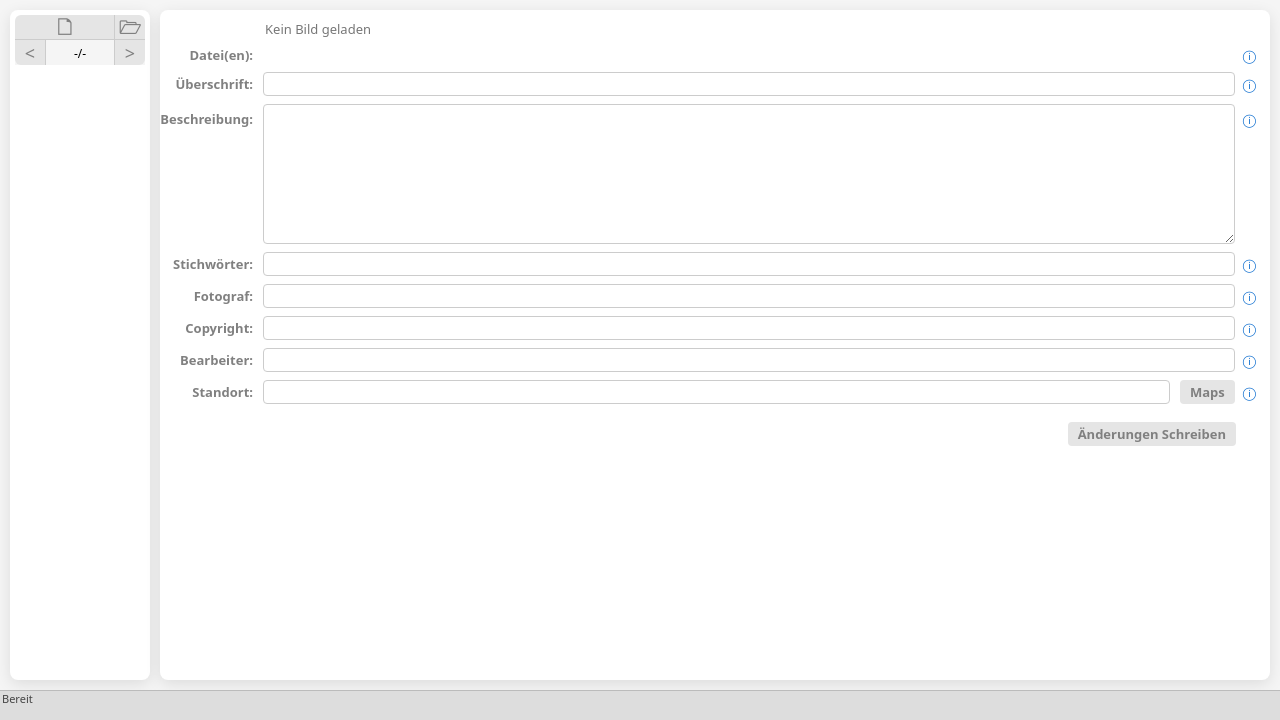
Repository: h-fahle/metadata
Page: ui/index.html
An editor plug-in stored every save of this project. The page is shown before and after the next save, followed by the edit.
The browser window is 1280 px wide. The pictures show the whole page.

Above is the page before, as saved 2026-08-25 10:08:13.
Console error: TypeError: Cannot read properties of undefined (reading 'core')

### ui/index.html
<!DOCTYPE html>
<html lang="de">

<head>
	<meta charset="UTF-8">
	<title>Tauri ExifTool Test</title>
	<script src="script.js" defer></script>
	<link rel="stylesheet" href="style.css">
</head>

<body>

	<main id="main-container">

		<!-- Das Vorschaubild links -->
		<aside id="sidebar">

			<div class="split-button-container">
				<div class="main-row">
					<button class="open-files" onclick="waehleUndLadeBilder(false, true)">&#x1F5CB;</button>
					<button class="open-folder" onclick="waehleUndLadeBilder(true, false)">&#x1F5C1;</button>
				</div>
				<div class="pager-row">
					<button class="pager-btn prev-btn" onclick="blaettern(-1)">&lt;</button>
					<div id="img-nummer" class="pager-display">-/-</div>
					<button class="pager-btn next-btn" onclick="blaettern(1)">&gt;</button>
				</div>
			</div>

			<img id="vorschau-bild" src="" style="display:none;" />
			<div id="bild-info" style="text-align:center;">
				<span id="img-datum"></span><br>
				<span id="img-groesse"></span>
			</div>
		</aside>

		<!-- Das Formular rechts -->
		<section id="form-container">

			<div id="ordner-pfad">Kein Bild geladen</div>

			<div class="form-row">
				<label for="filename">Datei(en):</label>
				<div id="dynamischerBereich" style="width: 100%;">
					<!-- Input- / oder Select-Element -->
				</div>
				<div class="tooltip-container">
					<span class="info-icon">ⓘ</span>
					<div class="tooltip-box">Im Einzelmodus: Änderung des Dateinamens bewirkt Umbenennung der Datei.
						Im Stapelmodus: Dateinamen sind nicht änderbar.!
					</div>
				</div>
			</div>

			<div class="form-row">
				<label for="caption">Überschrift:</label>
				<input type="text" id="caption" name="caption" />
				<div class="tooltip-container">
					<span class="info-icon">ⓘ</span>
					<div class="tooltip-box">Auch: (Dokument-)Titel, Schlagzeile, Headline
					</div>
				</div>
			</div>

			<div class="form-row form-row-top">
				<label for="description">Beschreibung:</label>
				<textarea id="description" name="description"></textarea>
				<div class="tooltip-container">
					<span class="info-icon">ⓘ</span>
					<div class="tooltip-box">Beschreibender Text in beliebiger Länge.
						(Im Stapelmodus wird der eingegebene Text
						&nbsp;&nbsp; an vorhandenen angehängt.)
						Hinweis: Einige Programme zeigen nur 2.000 Zeichen
						&nbsp;&nbsp; oder auch weniger an.
					</div>
				</div>
			</div>

			<div class="form-row">
				<label for="keywords">Stichwörter:</label>
				<input type="text" id="keywords" name="keywords" />
				<div class="tooltip-container">
					<span class="info-icon">ⓘ</span>
					<div class="tooltip-box">Komma-separierte Liste. Groß-/Kleinschreibung beachten.
						Im Stapelmodus werden die eingegebenen Stichwörter
						&nbsp;&nbsp; an vorhandene angehängt.
					</div>
				</div>
			</div>

			<div class="form-row">
				<label for="creator">Fotograf:</label>
				<input type="text" id="creator" name="creator" />
				<div class="tooltip-container">
					<span class="info-icon">ⓘ</span>
					<div class="tooltip-box">Urheber, Ersteller, Autor
						(Tags: Artitst, Creator, By-line)
					</div>
				</div>
			</div>

			<div class="form-row">
				<label for="copyright">Copyright:</label>
				<input type="text" id="copyright" name="copyright" />
				<div class="tooltip-container">
					<span class="info-icon">ⓘ</span>
					<div class="tooltip-box">Urheberrechtshinweis; enthält in der Regel:
						Name des Fotografen, Aufnahmejahr und Nutzungsrechte;
						(z.B. 'Copyright [1975] [Mustermann], Alle Rechte vorbehalten')
					</div>
				</div>
			</div>

			<div class="form-row">
				<label for="editor">Bearbeiter:</label>
				<input type="text" id="editor" name="editor" />
				<div class="tooltip-container">
					<span class="info-icon">ⓘ</span>
					<div class="tooltip-box">Verfasser der Metadaten
						(Tags: Caption Writer, Writer Editor)
					</div>
				</div>
			</div>

			<div class="form-row">
				<label for="position">Standort:</label>
				<input type="text" id="position" name="position" />
				<button type="button" onclick="zeigeMaps(event)">Maps</button>
				<div class="tooltip-container">
					<span class="info-icon">ⓘ</span>
					<div class="tooltip-box">GPS-Koordinaten in Dezimalgrad (z.B.: 51.49129, 8.43317).
						Ermitteln der Koordinaten in der Google Maps-Karte:
						&nbsp; 1. mit rechter Maustaste auf den Standort klicken,
						&nbsp; 2. auf die angezeigten Koordinaten klicken,
						&nbsp; 3. der so gespeicherte Wert kann mit Strg+V
						&nbsp;&nbsp;&nbsp;&nbsp;&nbsp;&nbsp; hier eingefügt werden.
					</div>
				</div>
			</div>

			<!-- Button-Leiste -->
			<div class="button-group">
				<button type="button" onclick="exifSchreiben(event)">Änderungen
					Schreiben</button>
			</div>

		</section> <!-- Ende der form-containers-->
	</main> <!-- Ende des main-containers -->

	<footer id="statusleiste">
		<div id="status-text">
			Bereit
		</div>
	</footer>


</body>

</html>

### ui/style.css
:root {
	--app-font: system-ui, -apple-system, "Segoe UI", Roboto, Helvetica, Arial, sans-serif;
	--app-font-size: 13px;
}

/* 1. Das App-Fenster exakt auf 100% fixieren (kein äußeres Scrollen) */
html, body {
	margin: 0;
	padding: 0;
	height: 100vh;
	width: 100vw;
	overflow: hidden; /* Verhindert jegliche äußere Scrollbalken */
	background: #f5f5f5;
	display: flex;
	flex-direction: column; /* Hauptinhalt oben, Statusleiste unten */
	font-family: var(--app-font);
	font-size: var(--app-font-size);
}

input,
textarea,
button,
select {
	font-family: var(--app-font) !important;
	font-size: var(--app-font-size) !important;
}

/* Allumfassender Box-Sizing-Fix für die gesamte App */
*, *::before, *::after {
	box-sizing: border-box;
}

/* 2. Der Hauptbereich füllt den gesamten oberen Platz aus --------------------------- */
#main-container {
	flex: 1;
	display: flex;
	flex-direction: row; /* Elemente nebeneinander */
	gap: 10px;
	padding: 10px;
	overflow: hidden; /* Verhindert, dass Riesen-Inhalte das Fenster sprengen */
}

/* 3. LINKS: Die Sidebar mit fester Breite */
#sidebar {
	width: 140px;
	min-width: 140px; /* Lässt die Sidebar niemals schrumpfen */
	background-color: #ffffff;
	border-radius: 8px;
	padding: 5px;
	box-shadow: 0 4px 15px rgba(0, 0, 0, 0.1);
}

#vorschau-bild {
	max-width: 130px;
	margin: 15px auto;
	height: auto;
}

/* 4. RECHTS: Das Formular nimmt den gesamten Rest ein und wächst mit */
#form-container {
	flex: 1; /* Nimmt 100% des restlichen Platzes ein */
	min-width: 0; /* Erlaubt Flexbox, die Box bei Bedarf zu verkleinern */
	background-color: #ffffff;
	border-radius: 8px;
	padding: 10px;
	display: flex;
	flex-direction: column;
	gap: 8px;
	box-shadow: 0 4px 15px rgba(0, 0, 0, 0.1);
}

#ordner-pfad {
	margin-left: 95px !important;
	color: #777777;
}

/* Jede Zeile wird zu einer horizontalen Flexbox */
.form-row {
	display: flex !important;
	flex-direction: row;
	align-items: center; /* Richtet Label und Input vertikal mittig zueinander aus */
	gap: 10px;           /* Abstand zwischen Label und Input */
	width: 100%;
}

/* Die Labels bekommen eine feste Breite, damit alle Inputs sauber untereinander starten */
.form-row label {
	width: 95px;         /* Breite je nach längstem Label-Text anpassen */
	min-width: 95px;     /* Verhindert, dass das Label zusammengedrückt wird */
	text-align: right;   /* Optional: Richtet den Text rechtsbündig zum Input aus */
	color: gray;
	font-weight: bold;
	margin-left: -12px;
}

/* Die Eingabefelder füllen jetzt den gesamten restlichen Platz der Zeile aus */
.form-row input,
.form-row textarea,
.form-row select {
	flex: 1;             /* Zwingt das Input-Feld, den Rest der Zeile einzunehmen */
	width: 100%;
	min-width: 0;        /* Erlaubt dem Input, bei sehr kleinen Fenstern stabil zu schrumpfen */
	border: 1px solid #ccc;
	border-radius: 4px;
	padding: 2px;
	-webkit-font-smoothing: antialiased;
	outline: none;
}
.form-row select {
	height: 23px;
	padding: 0;
}
.form-row textarea {
	min-height: 140px;
}
.form-row input:focus-visible,
.form-row textarea:focus-visible {
	outline: 2px solid gray;
}

/* Ändert die Ausrichtung für die Textarea-Zeile nach oben */
.form-row-top {
	align-items: flex-start !important; /* Richtet Label, Textarea und Icon oben aus */
}
.form-row-top label,
.form-row-top .tooltip-container {
	padding-top: 6px; /* Verhindert, dass das Label zu weit oben klebt */
}


/* 5. UNTEN: Die Statusleiste mit fixer Höhe und eigenem Scrollbalken */
#statusleiste {
	height: 30px;  /* Feste Höhe für ca. 2 Zeilen Text */
	min-height: 30px;
	border-top: 1px solid #bbb;
	background-color: #ddd;
	font-size: 11px;
	color: #444;
	padding: 0 2px;
	overflow-y: auto;  /* Vertikaler Scrollbalken erscheint NUR bei Bedarf */
	overflow-x: hidden;  /* Verhindert horizontales Scrollen in der Statusleiste */
	-webkit-font-smoothing: antialiased;
}


/* Bedien-Elemente -------------------------------------------- */
button {
	padding: 3px 10px;
	font-weight: bold;
	cursor: pointer;
	border: none;
	background-color:#e5e5e5;
	color: gray;
}
button:hover {
	background-color: gray;
	color: white;
}
.button-group button,
.form-row button {
	border-radius: 4px;
}

	/* ------------------------------------------------------------------------------ */
	/* Container hält die Steuer-Buttons zusammen */
	.split-button-container {
	  display: inline-flex;
	  flex-direction: column;
	  position: relative;
	  font-family: system-ui, -apple-system, sans-serif;
	  width:130px;
	}

	/* Obere Reihe */
	.main-row {
	  height: 25px;
	  display: flex;
	  border-bottom: 1px solid #ccc; /* Trennlinie zur zweiten Reihe */
	}

	/* Untere Reihe */
	.pager-row {
	  height: 25px;
	  display: flex;
	  align-items: center;
	  background-color: #f5f5f5;
	}

	/* Gemeinsames Design für die Button-Teile */
	.open-files,
	.open-folder,
	.prev-btn,
	.next-btn {
	  font-size: 18px  !important;
	  padding: 0;
	  cursor: pointer;
	  transition: background-color 0.2s;
	}
	.prev-btn,
	.next-btn {
		font-weight: normal;
	}

	/* Hauptbutton oben links */
	.open-files {
	  width: 100%;
	  border-top-left-radius: 6px;
	  border-right: 1px solid #ccc
	}

	/* Pfeilbutton oben rechts */
	.open-folder {
	  width: 30%;
	  border-top-right-radius: 6px;
	}

	/* Blätter-Buttons unten links und rechts */
	.pager-btn {
	  width: 30px;
	  height: 100%;
	  display: flex;
	  align-items: center;
	  justify-content: center;
	  transition: background-color 0.2s;
	}
	.prev-btn {
		border-bottom-left-radius: 6px;
	}
	.next-btn {
		border-bottom-right-radius: 6px;
	}

	.pager-display {
	  height: 100%;
	  flex-grow: 1; /* Nimmt den gesamten Platz in der Mitte ein */
	  text-align: center;
	  font-size: 12px;
	  padding: 5px 0;
	  border-left: 1px solid #ccc;
	  border-right: 1px solid #ccc;
	  user-select: none; /* Verhindert versehentliches Markieren beim Klicken */
	}



/* Der Absendeknopf richtet sich nach den Eingabefeldern aus */
.button-group {
	display: flex;
	justify-content: flex-end;
	margin: 10px 24px 0 0;
}

.button-group button {
	margin-left: 5px;
}


/* Tooltip ---------------------------------------------------------- */

/* Container für das Icon und die Box */
.tooltip-container {
	position: relative; /* Wichtig, damit sich die Box am Icon ausrichtet */
	display: inline-flex;
	align-items: center;
	cursor: help;       /* Zeigt das Fragezeichen/Hilfe-Symbol als Mauszeiger */
	margin-left: -6px;
}

/* Das Info-Icon selbst */
.info-icon {
	color: #0066cc;     /* Schönes Info-Blau */
	padding: 0 4px;
	font-size: 13px;
}

.tooltip-box {
	display: none;
	position: fixed;

	width: max-content;
	max-width: 400px;      /* Verhindert, dass der Tooltip bei sehr viel Text das Fenster sprengt */
	white-space: pre-line;

	background-color: lightyellow;
	color: black;
	border: 1px solid gray;
	padding: 2px 4px;
	border-radius: 6px;
	font-size: 11px;
	line-height: 1.4;
	box-shadow: 0 4px 10px rgba(0, 0, 0, 0.2);
	z-index: 1001;   /* Über der Statusleiste (1000), falls sie sich überschneiden */

  	/* Verschiebt den Tooltip komplett nach links,
     sodass seine rechte Kante am Cursor sitzt */
 	transform: translate(-100%, 40%);

	/* Animation & Verstecken */
	transition: opacity 0.2s ease-in-out, visibility 0.2s;
	pointer-events: none; /* Verhindert, dass die Box beim unabsichtlichen Drüberfahren flackert */
}

/* Zeige den Tooltip nur, wenn die Maus über dem Container ist */
.tooltip-container:hover .tooltip-box {
  display: block;
}

Loaded but not shown: ui/script.js (349 lines, source omitted)

After the next save:
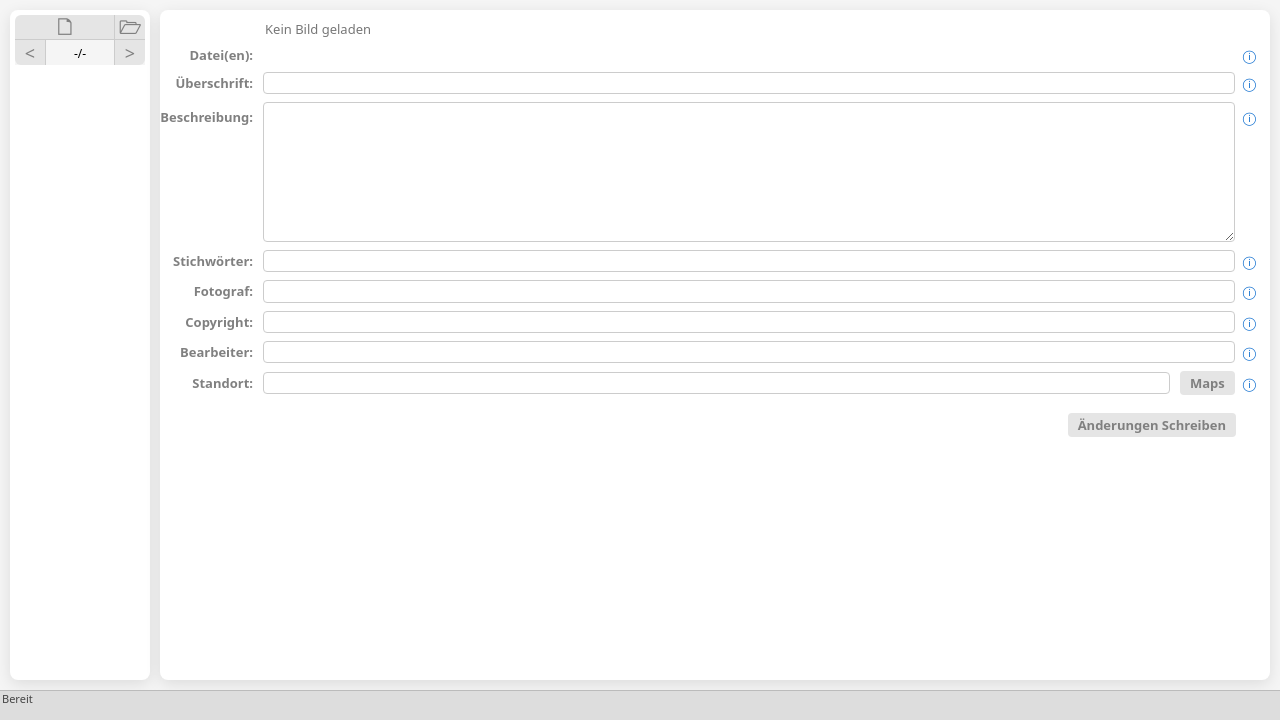
Saved 6 min 10 s later.
--- a/ui/style.css
+++ b/ui/style.css
@@ -102,7 +102,8 @@ select {
 	min-width: 0;        /* Erlaubt dem Input, bei sehr kleinen Fenstern stabil zu schrumpfen */
 	border: 1px solid #ccc;
 	border-radius: 4px;
-	padding: 2px;
+	/* padding: 2px; */
+	line-height: 1.4;
 	-webkit-font-smoothing: antialiased;
 	outline: none;
 }
